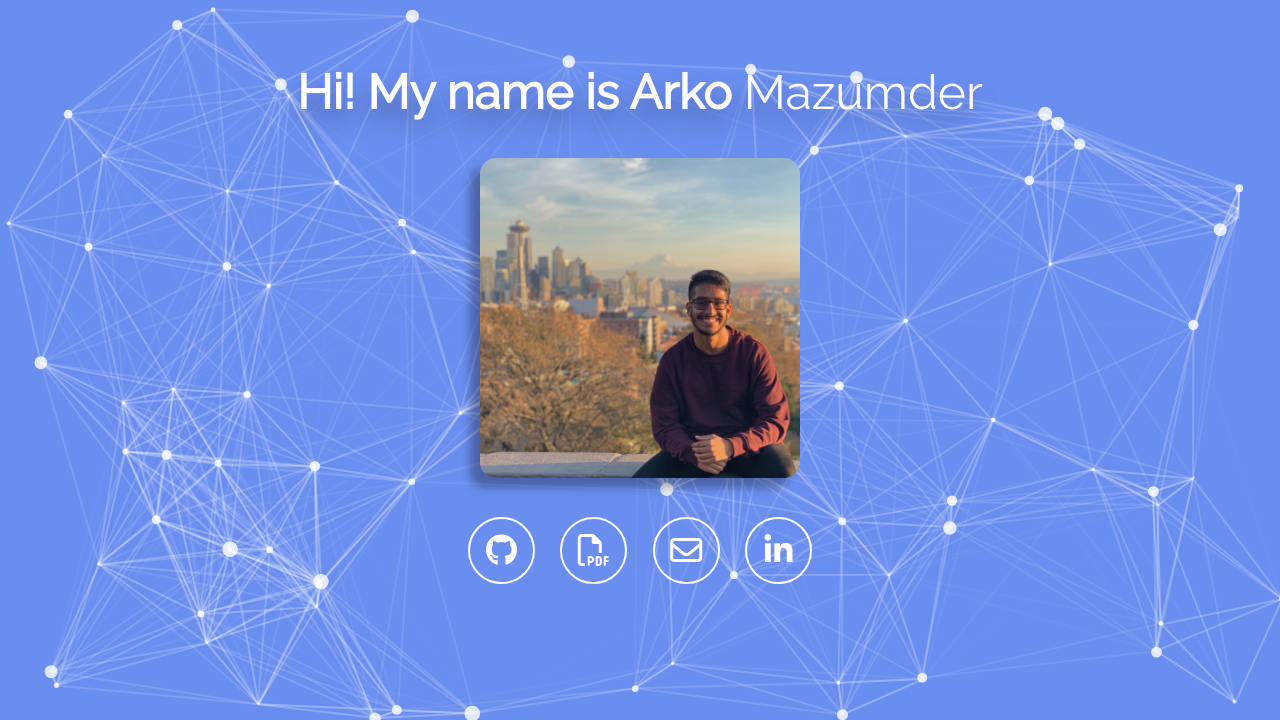
Repository: arkomz/arkomz.github.io
Page: index.html
The author's editor kept a copy of each file at every save. The page is drawn from the files as they stood at one save, then again after the next save.
The browser window is 1280 px wide. The pictures show the whole page.
Some web libraries are served in a nearby version.

Above is the page before, as saved 2020-07-22 23:43:04.

After the next save:
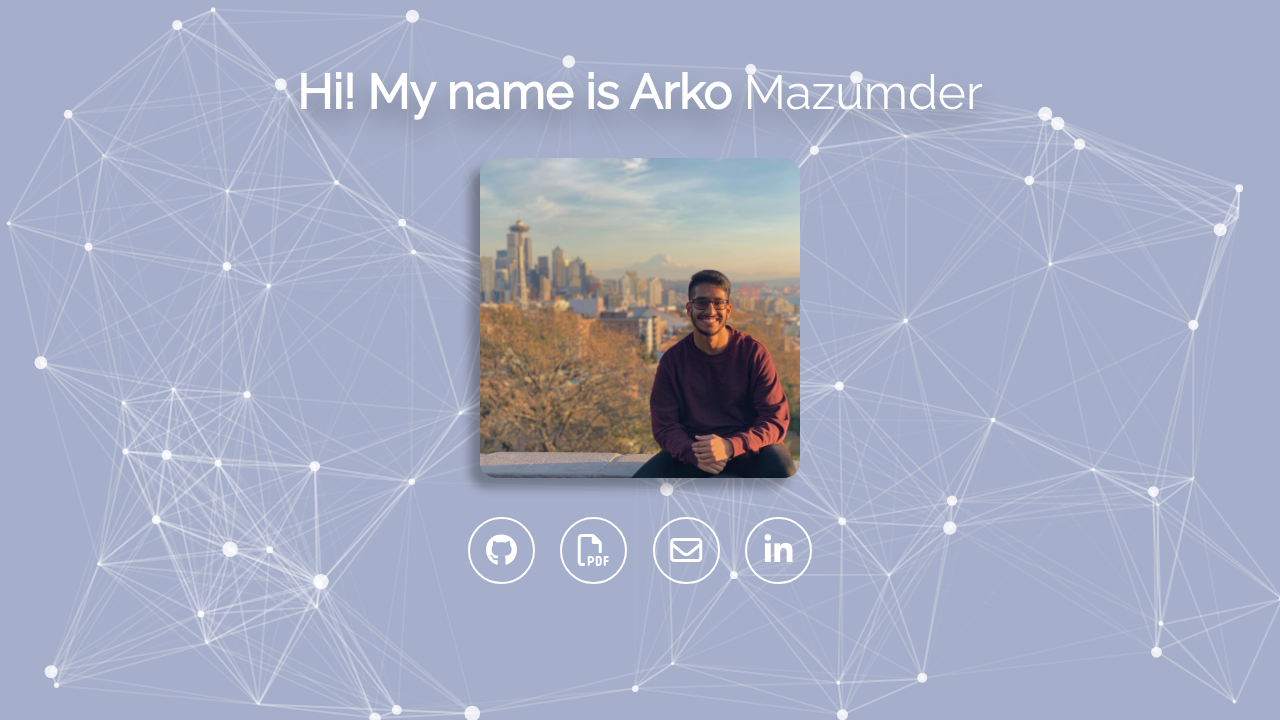
Saved 2 min 6 s later.
--- a/assets/css/styles.css
+++ b/assets/css/styles.css
@@ -26,9 +26,9 @@ body, html {
 }
 
 body {
-    background: #6a8ef0 ;  /* fallback for old browsers */
-    background: -webkit-linear-gradient(to right, #6a8ef0, #6a8ef0);  /* Chrome 10-25, Safari 5.1-6 */
-    background: linear-gradient(to right, #6a8ef0, #6a8ef0); /* W3C, IE 10+/ Edge, Firefox 16+, Chrome 26+, Opera 12+, Safari 7+ */
+    background: #a5aeca ;  /* fallback for old browsers */
+    background: -webkit-linear-gradient(to right, #a5aeca, #a5aeca);  /* Chrome 10-25, Safari 5.1-6 */
+    background: linear-gradient(to right, #a5aeca, #a5aeca); /* W3C, IE 10+/ Edge, Firefox 16+, Chrome 26+, Opera 12+, Safari 7+ */
     margin: 0;
     animation: fade 3s forwards ease;
 }
